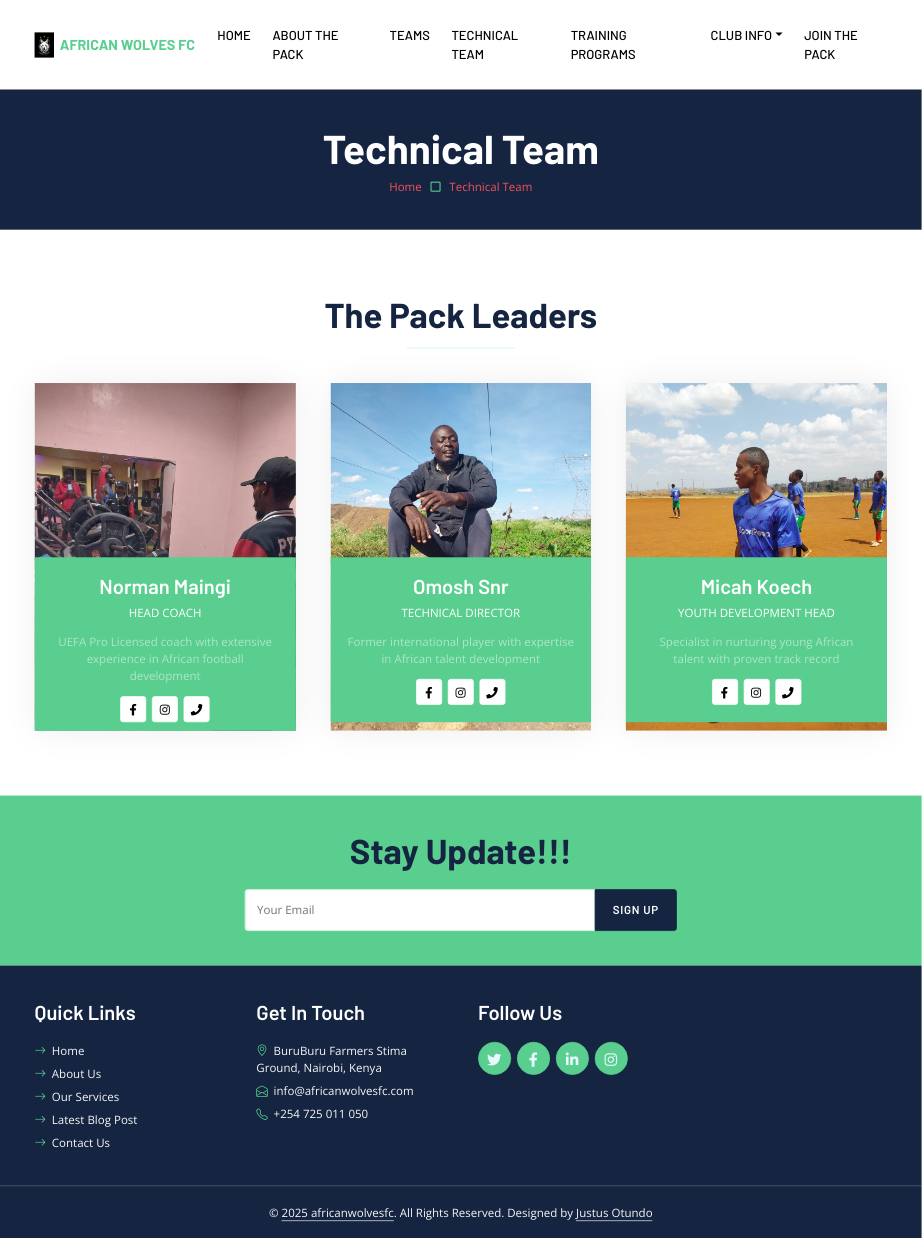
Repository: Justus-Otundo/uleziborafc
Page: coachingstaff.html
These files come from the project's save history. The page is drawn as it stood at one moment and after the next save; the edit follows.
The browser window is 1280 px wide. The pictures show the whole page, at 72% of full size.
Some web libraries are served in a nearby version.

Above is the page before, as saved 2025-06-11 13:58:28.

### coachingstaff.html
<!DOCTYPE html>
<html lang="en">
<head>
    <meta charset="utf-8">
    <title>Technical Team - African Wolves FC</title>
    <meta content="width=device-width, initial-scale=1.0" name="viewport">
    <meta content="African Football Club, Professional Coaches, Football Development" name="keywords">
    <meta content="Meet the experienced technical team behind African Wolves FC" name="description">

    <!-- Favicon -->
    <link href="img/favicon.ico" rel="icon">

    <!-- Google Web Fonts -->
    <link rel="preconnect" href="https://fonts.googleapis.com">
    <link rel="preconnect" href="https://fonts.gstatic.com" crossorigin>
    <link href="https://fonts.googleapis.com/css2?family=Barlow:wght@500;600;700&family=Open+Sans:wght@400;600&display=swap" rel="stylesheet">

    <!-- Icon Font Stylesheet -->
    <link href="https://cdnjs.cloudflare.com/ajax/libs/font-awesome/5.10.0/css/all.min.css" rel="stylesheet">
    <link href="https://cdn.jsdelivr.net/npm/bootstrap-icons@1.4.1/font/bootstrap-icons.css" rel="stylesheet">

    <!-- Libraries Stylesheet -->
    <link href="lib/owlcarousel/assets/owl.carousel.min.css" rel="stylesheet">

    <!-- Customized Bootstrap Stylesheet -->
    <link href="css/bootstrap.min.css" rel="stylesheet">

    <!-- Template Stylesheet -->
    <link href="css/style.css" rel="stylesheet">
</head>

<body>
    <!-- Include Navbar -->
    <div id="navbar"></div>

    <!-- Page Header Start -->
    <div class="container-fluid bg-dark p-5">
        <div class="row">
            <div class="col-12 text-center">
                <h1 class="display-4 text-white">Technical Team</h1>
                <a href="index.html">Home</a>
                <i class="far fa-square text-primary px-2"></i>
                <a href="coachingstaff.html">Technical Team</a>
            </div>
        </div>
    </div>
    <!-- Page Header End -->

    <!-- Technical Team Start -->
    <div class="container-fluid py-6 px-5">
        <div class="text-center mx-auto mb-5" style="max-width: 600px;">
            <h1 class="display-5 mb-0">The Pack Leaders</h1>
            <hr class="w-25 mx-auto bg-primary">
        </div>
        <div class="row g-5">
            <div class="col-lg-4">
                <div class="team-item position-relative overflow-hidden">
                    <img class="img-fluid w-100" src="img/coachmaingi.jpeg" alt="Head Coach">
                    <div class="team-text w-100 position-absolute top-50 text-center bg-primary p-4">
                        <h3 class="text-white">Norman Maingi</h3>
                        <p class="text-white text-uppercase mb-0">Head Coach</p>
                        <p class="text-white-50 mt-3">UEFA Pro Licensed coach with extensive experience in African football development</p>
                        <div class="d-flex justify-content-center mt-3">
                            <a class="btn btn-square btn-light me-2" href="#"><i class="fab fa-facebook-f"></i></a>
                            <a class="btn btn-square btn-light me-2" href="#"><i class="fab fa-instagram"></i></a>
                            <a class="btn btn-square btn-light" href="#"><i class="fas fa-phone"></i></a>
                        </div>
                    </div>
                </div>
            </div>
            <div class="col-lg-4">
                <div class="team-item position-relative overflow-hidden">
                    <img class="img-fluid w-100" src="img/omosh.jpeg" alt="Technical Director">
                    <div class="team-text w-100 position-absolute top-50 text-center bg-primary p-4">
                        <h3 class="text-white">Omosh Snr</h3>
                        <p class="text-white text-uppercase mb-0">Technical Director</p>
                        <p class="text-white-50 mt-3">Former international player with expertise in African talent development</p>
                        <div class="d-flex justify-content-center mt-3">
                            <a class="btn btn-square btn-light me-2" href="#"><i class="fab fa-facebook-f"></i></a>
                            <a class="btn btn-square btn-light me-2" href="#"><i class="fab fa-instagram"></i></a>
                            <a class="btn btn-square btn-light" href="#"><i class="fas fa-phone"></i></a>
                        </div>
                    </div>
                </div>
            </div>
            <div class="col-lg-4">
                <div class="team-item position-relative overflow-hidden">
                    <img class="img-fluid w-100" src="img/micah.jpeg" alt="Youth Development Head">
                    <div class="team-text w-100 position-absolute top-50 text-center bg-primary p-4">
                        <h3 class="text-white">Micah Koech</h3>
                        <p class="text-white text-uppercase mb-0">Youth Development Head</p>
                        <p class="text-white-50 mt-3">Specialist in nurturing young African talent with proven track record</p>
                        <div class="d-flex justify-content-center mt-3">
                            <a class="btn btn-square btn-light me-2" href="#"><i class="fab fa-facebook-f"></i></a>
                            <a class="btn btn-square btn-light me-2" href="#"><i class="fab fa-instagram"></i></a>
                            <a class="btn btn-square btn-light" href="#"><i class="fas fa-phone"></i></a>
                        </div>
                    </div>
                </div>
            </div>
        </div>
    </div>
    <!-- Technical Team End -->

    <!-- Include Footer -->
    <div id="footer"></div>

    <!-- JavaScript Libraries -->
    <script src="https://code.jquery.com/jquery-3.4.1.min.js"></script>
    <script src="https://cdn.jsdelivr.net/npm/bootstrap@5.0.0/dist/js/bootstrap.bundle.min.js"></script>
    <script src="lib/easing/easing.min.js"></script>
    <script src="lib/waypoints/waypoints.min.js"></script>
    <script src="lib/owlcarousel/owl.carousel.min.js"></script>

    <!-- Template Javascript -->
    <script src="js/main.js"></script>
    <script>
        $(document).ready(function(){
            $("#navbar").load("navbar.html");
            $("#footer").load("footer.html");
        });
    </script>
</body>
</html>

### navbar.html
<nav class="navbar navbar-expand-lg bg-white navbar-light shadow-sm px-5 py-3 py-lg-0 fixed-top">
    <a href="index.html" class="navbar-brand p-0 d-flex align-items-center">
        <img src="img/wolves-logo.jpeg" alt="African Wolves FC Logo" class="navbar-logo me-2">
        <h1 class="brand-text m-0 text-uppercase text-primary">African Wolves FC</h1>
    </a>
    <button class="navbar-toggler" type="button" data-bs-toggle="collapse" data-bs-target="#navbarCollapse">
        <span class="navbar-toggler-icon"></span>
    </button>
    <div class="collapse navbar-collapse" id="navbarCollapse">
        <div class="navbar-nav ms-auto py-0 me-n3">
            <a href="index.html" class="nav-item nav-link">Home</a>
            <a href="about.html" class="nav-item nav-link">About The Pack</a>
            <a href="service.html" class="nav-item nav-link">Teams</a>
            <a href="coachingstaff.html" class="nav-item nav-link">Technical Team</a>
            <a href="trainingprograms.html" class="nav-item nav-link">Training Programs</a>
            <div class="nav-item dropdown">
                <a href="#" class="nav-link dropdown-toggle" data-bs-toggle="dropdown">Club Info</a>
                <div class="dropdown-menu m-0">
                    <a href="news.html" class="dropdown-item">Club News</a>
                    <a href="matches.html" class="dropdown-item">Matches & Results</a>
                    <a href="academy.html" class="dropdown-item">Academy</a>
                    <a href="registration.html" class="dropdown-item">Player Registration</a>
                    <a href="testimonial.html" class="dropdown-item">Success Stories</a>
                </div>
            </div>
            <a href="contact.html" class="nav-item nav-link">Join The Pack</a>
        </div>
    </div>
</nav>

### footer.html
<!-- Footer Start -->
<div class="container-fluid bg-primary text-secondary p-5">
    <div class="row g-5">
        <div class="col-12 text-center">
            <h1 class="display-5 mb-4">Stay Update!!!</h1>
            <form class="mx-auto" style="max-width: 600px;">
                <div class="input-group">
                    <input type="text" class="form-control border-white p-3" placeholder="Your Email">
                    <button class="btn btn-dark px-4">Sign Up</button>
                </div>
            </form>
        </div>
    </div>
</div>
<div class="container-fluid bg-dark text-secondary p-5">
    <div class="row g-5">
        <div class="col-lg-3 col-md-6">
            <h3 class="text-white mb-4">Quick Links</h3>
            <div class="d-flex flex-column justify-content-start">
                <a class="text-secondary mb-2" href="#"><i class="bi bi-arrow-right text-primary me-2"></i>Home</a>
                <a class="text-secondary mb-2" href="#"><i class="bi bi-arrow-right text-primary me-2"></i>About Us</a>
                <a class="text-secondary mb-2" href="#"><i class="bi bi-arrow-right text-primary me-2"></i>Our Services</a>
                <a class="text-secondary mb-2" href="#"><i class="bi bi-arrow-right text-primary me-2"></i>Latest Blog Post</a>
                <a class="text-secondary" href="#"><i class="bi bi-arrow-right text-primary me-2"></i>Contact Us</a>
            </div>
        </div>
        <div class="col-lg-3 col-md-6">
            <h3 class="text-white mb-4">Get In Touch</h3>
            <p class="mb-2"><i class="bi bi-geo-alt text-primary me-2"></i>BuruBuru Farmers Stima Ground, Nairobi, Kenya</p>
            <p class="mb-2"><i class="bi bi-envelope-open text-primary me-2"></i>info@africanwolvesfc.com</p>
            <p class="mb-0"><i class="bi bi-telephone text-primary me-2"></i>+254 725 011 050</p>
        </div>
        <div class="col-lg-3 col-md-6">
            <h3 class="text-white mb-4">Follow Us</h3>
            <div class="d-flex">
                <a class="btn btn-lg btn-primary btn-lg-square rounded-circle me-2" href="#"><i class="fab fa-twitter fw-normal"></i></a>
                <a class="btn btn-lg btn-primary btn-lg-square rounded-circle me-2" href="#"><i class="fab fa-facebook-f fw-normal"></i></a>
                <a class="btn btn-lg btn-primary btn-lg-square rounded-circle me-2" href="#"><i class="fab fa-linkedin-in fw-normal"></i></a>
                <a class="btn btn-lg btn-primary btn-lg-square rounded-circle" href="#"><i class="fab fa-instagram fw-normal"></i></a>
            </div>
        </div>
    </div>
</div>
<div class="container-fluid bg-dark text-secondary text-center border-top py-4 px-5" style="border-color: rgba(256, 256, 256, .1) !important;">
    <p class="m-0">&copy; <a class="text-secondary border-bottom" href="#">2025 africanwolvesfc</a>. All Rights Reserved. Designed by <a class="text-secondary border-bottom" href="https://justus-otundo.github.io/justus-otundo/">Justus Otundo</a></p>
</div>
<!-- Footer End -->

Loaded but not shown: lib/owlcarousel/assets/owl.carousel.min.css (common file); css/bootstrap.min.css (library); lib/easing/easing.min.js (common file); lib/waypoints/waypoints.min.js (library); lib/owlcarousel/owl.carousel.min.js (library); js/main.js (61 lines, source omitted); css/style.css (455 lines, source omitted)

After the next save:
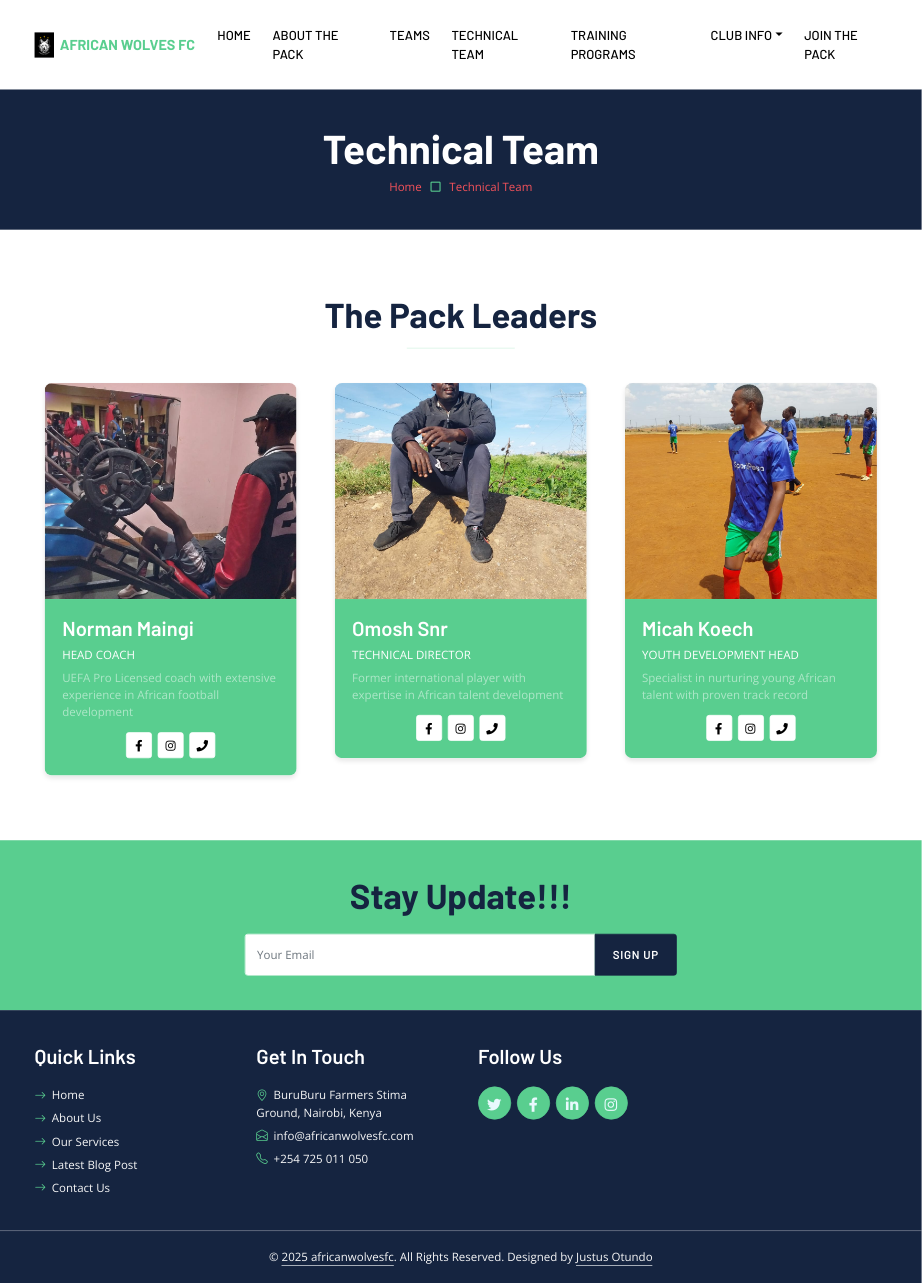
Saved 32 s later.
--- a/coachingstaff.html
+++ b/coachingstaff.html
@@ -52,15 +52,17 @@
             <h1 class="display-5 mb-0">The Pack Leaders</h1>
             <hr class="w-25 mx-auto bg-primary">
         </div>
-        <div class="row g-5">
-            <div class="col-lg-4">
-                <div class="team-item position-relative overflow-hidden">
-                    <img class="img-fluid w-100" src="img/coachmaingi.jpeg" alt="Head Coach">
-                    <div class="team-text w-100 position-absolute top-50 text-center bg-primary p-4">
+        <div class="row g-4 justify-content-center">
+            <div class="col-lg-4 col-md-6">
+                <div class="team-card">
+                    <div class="team-image-container">
+                        <img class="team-image" src="img/coachmaingi.jpeg" alt="Head Coach">
+                    </div>
+                    <div class="team-info">
                         <h3 class="text-white">Norman Maingi</h3>
-                        <p class="text-white text-uppercase mb-0">Head Coach</p>
-                        <p class="text-white-50 mt-3">UEFA Pro Licensed coach with extensive experience in African football development</p>
-                        <div class="d-flex justify-content-center mt-3">
+                        <p class="text-white text-uppercase mb-2">Head Coach</p>
+                        <p class="text-white-50 mb-3">UEFA Pro Licensed coach with extensive experience in African football development</p>
+                        <div class="d-flex justify-content-center">
                             <a class="btn btn-square btn-light me-2" href="#"><i class="fab fa-facebook-f"></i></a>
                             <a class="btn btn-square btn-light me-2" href="#"><i class="fab fa-instagram"></i></a>
                             <a class="btn btn-square btn-light" href="#"><i class="fas fa-phone"></i></a>
@@ -68,14 +70,17 @@
                     </div>
                 </div>
             </div>
-            <div class="col-lg-4">
-                <div class="team-item position-relative overflow-hidden">
-                    <img class="img-fluid w-100" src="img/omosh.jpeg" alt="Technical Director">
-                    <div class="team-text w-100 position-absolute top-50 text-center bg-primary p-4">
+
+            <div class="col-lg-4 col-md-6">
+                <div class="team-card">
+                    <div class="team-image-container">
+                        <img class="team-image" src="img/omosh.jpeg" alt="Technical Director">
+                    </div>
+                    <div class="team-info">
                         <h3 class="text-white">Omosh Snr</h3>
-                        <p class="text-white text-uppercase mb-0">Technical Director</p>
-                        <p class="text-white-50 mt-3">Former international player with expertise in African talent development</p>
-                        <div class="d-flex justify-content-center mt-3">
+                        <p class="text-white text-uppercase mb-2">Technical Director</p>
+                        <p class="text-white-50 mb-3">Former international player with expertise in African talent development</p>
+                        <div class="d-flex justify-content-center">
                             <a class="btn btn-square btn-light me-2" href="#"><i class="fab fa-facebook-f"></i></a>
                             <a class="btn btn-square btn-light me-2" href="#"><i class="fab fa-instagram"></i></a>
                             <a class="btn btn-square btn-light" href="#"><i class="fas fa-phone"></i></a>
@@ -83,14 +88,17 @@
                     </div>
                 </div>
             </div>
-            <div class="col-lg-4">
-                <div class="team-item position-relative overflow-hidden">
-                    <img class="img-fluid w-100" src="img/micah.jpeg" alt="Youth Development Head">
-                    <div class="team-text w-100 position-absolute top-50 text-center bg-primary p-4">
+
+            <div class="col-lg-4 col-md-6">
+                <div class="team-card">
+                    <div class="team-image-container">
+                        <img class="team-image" src="img/micah.jpeg" alt="Youth Development Head">
+                    </div>
+                    <div class="team-info">
                         <h3 class="text-white">Micah Koech</h3>
-                        <p class="text-white text-uppercase mb-0">Youth Development Head</p>
-                        <p class="text-white-50 mt-3">Specialist in nurturing young African talent with proven track record</p>
-                        <div class="d-flex justify-content-center mt-3">
+                        <p class="text-white text-uppercase mb-2">Youth Development Head</p>
+                        <p class="text-white-50 mb-3">Specialist in nurturing young African talent with proven track record</p>
+                        <div class="d-flex justify-content-center">
                             <a class="btn btn-square btn-light me-2" href="#"><i class="fab fa-facebook-f"></i></a>
                             <a class="btn btn-square btn-light me-2" href="#"><i class="fab fa-instagram"></i></a>
                             <a class="btn btn-square btn-light" href="#"><i class="fas fa-phone"></i></a>
